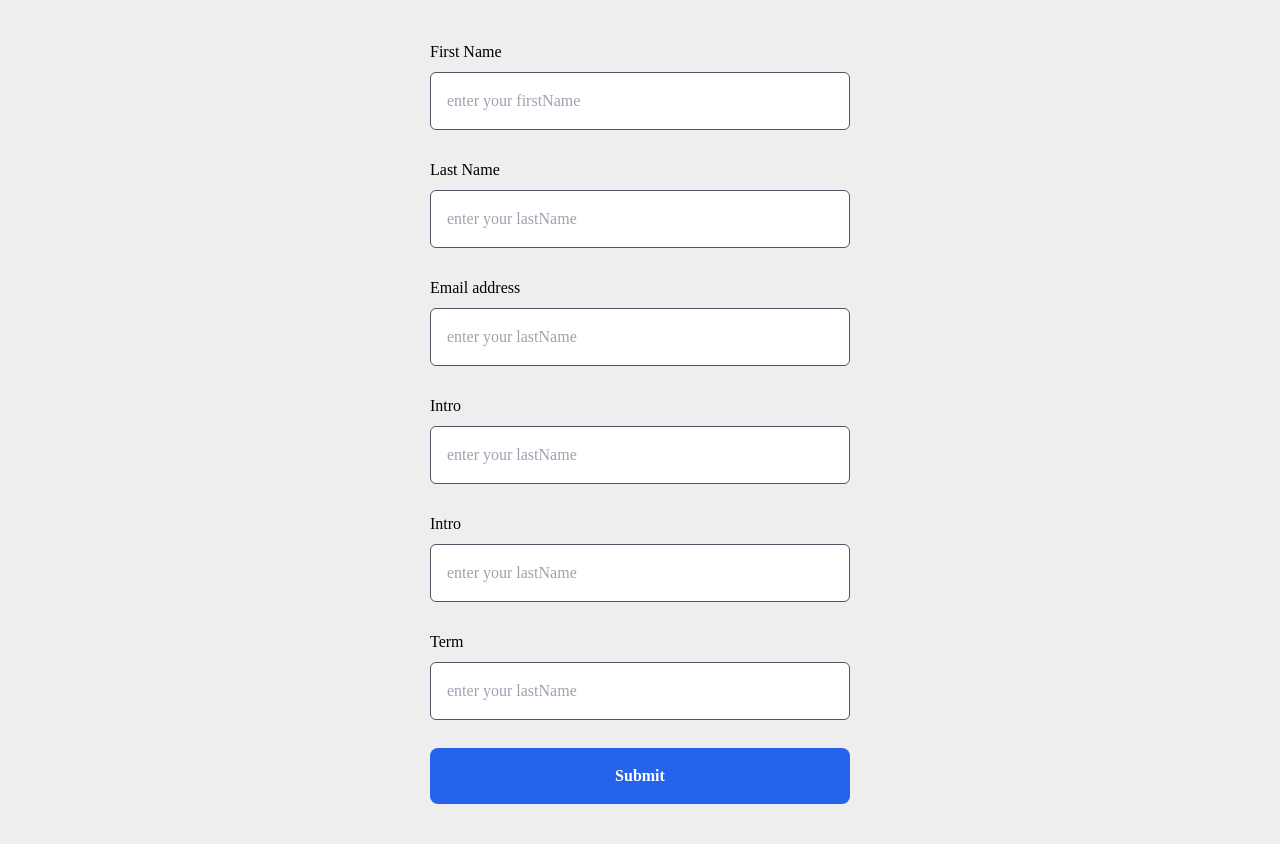
Repository: 16-Doffy/Fe-Khhoahoc
Page: /
An editor plug-in stored every save of this project. The page is shown before and after the next save, followed by the edit.
The browser window is 1280 px wide. The pictures show the whole page.
The project was rebuilt for these pictures with package versions that can differ from the ones it lists, and the page was loaded fresh each time. Also part of the build but not shown: src/App.css.

Above is the page before, as saved 2025-02-11 20:09:38.

### src/index.js
import React from 'react';
import ReactDOM from 'react-dom/client';
import './index.css';
import App from './App';
import reportWebVitals from './reportWebVitals';
import "./index.scss"
const root = ReactDOM.createRoot(document.getElementById('root'));
root.render(
  <React.StrictMode>
    <App />
  </React.StrictMode>
);

// If you want to start measuring performance in your app, pass a function
// to log results (for example: reportWebVitals(console.log))
// or send to an analytics endpoint. Learn more: https://bit.ly/CRA-vitals
reportWebVitals();

### src/App.js
import "./App.css";
import SignUpFormV2Final from "./components/Form/SignUpFormV2Final";


function App() {
  return (
    <div>
      <SignUpFormV2Final />
    </div>
  );
}

export default App;

//<CardList><Card2/>
// const theme = {
//   //wanna change color in the future come here to change
//   colors: {
//     blue: "#2979ff",
//   },
//   orange: "#ffa440",
// };
// {/* <ThemeProvider theme={theme}>
// <CardList>
// <Card2 secondary={true}></Card2>
// <Card2 secondary={false}></Card2>
// <Card2 secondary={true}></Card2>
// <Card2 secondary={false}></Card2>
// <Card2 secondary={true}></Card2>
//  </CardList>
// </ThemeProvider> */}

### src/index.scss
@tailwind base;
@tailwind components;
@tailwind utilities;

@layer base {
    @import url("https://fonts.googleapis.com/css2?family=Poppins:ital,wght@0,100;0,200;0,300;0,400;0,500;0,600;0,700;0,800;0,900;1,100;1,200;1,300;1,400;1,500;1,600;1,700;1,800;1,900&display=swap");
    body{
        font-family: "Poppins", serif;
    }
}
.skeleton {
    background-color: #eee;
    background-image: linear-gradient(110deg, #ececec, 8%,#f5f5f5, 18% , #ececec, 33%);
    border-radius: 5px;
    background-size: 200% 100%;
    animation:  1.5 shine linear infinite;
}
@keyframes shine {
    to {
        background-position-x:-200% ;
    }
}

### src/components/Form/SignUpFormV2Final.js
import React from "react";
import { Formik, Form, Field, ErrorMessage } from "formik";
import * as Yup from "yup";

const SignUpFormV2Final = () => {
  return (
    <Formik
      initialValues={{
        firstName: "",
        lastName: "",
        email: "",
        intro: "",
        job: "",
        terms: false, //check box
      }}
      validationSchema={Yup.object({
        firstName: Yup.string()
          .max(20, "Must be 20 characters or less")
          .required("Required"),
        lastName: Yup.string()
          .max(10, "Must be 10 characters or less")
          .required("Required"),
        email: Yup.string().email("example: guest@gmail.com")
          .required("Required"),
        intro: Yup.string()
          .required("Required"),
        job: Yup.string()
          .required("Required"),
        term: Yup.boolean()

      })}
      onSubmit={(values) => {
        console.log("value", values);
      }}
    >
      <Form className="p-10 w-full max-w-[500px] mx-auto">
        <div className="flex flex-col gap-2 mb-5">
          <label htmlFor="firstName">First Name</label>
          <Field
            name="firstName"
            type="text"
            placeholder="enter your firstName"
            className="p-4 rounded-md border border-gray-600"
          ></Field>
          <div className="text-sm text-red-500">
            <ErrorMessage name="firstName"></ErrorMessage>
          </div>
        </div>

        <div className="flex flex-col gap-2 mb-5">
          <label htmlFor="lastName">Last Name</label>
          <Field
            name="lastName"
            type="text"
            placeholder="enter your lastName"
            className="p-4 rounded-md border border-gray-600"
          ></Field>
          <div className="text-sm text-red-500">
            <ErrorMessage name="lastName"></ErrorMessage>
          </div>
        </div>


        <div className="flex flex-col gap-2 mb-5">
          <label htmlFor="email">Email address</label>
          <Field
            name="email"
            type="text"
            placeholder="enter your lastName"
            className="p-4 rounded-md border border-gray-600"
          ></Field>
          <div className="text-sm text-red-500">
            <ErrorMessage name="email"></ErrorMessage>
          </div>
        </div>

        <div className="flex flex-col gap-2 mb-5">
          <label htmlFor="intro">Intro</label>
          <Field
            name="intro"
            type="text"
            placeholder="enter your lastName"
            className="p-4 rounded-md border border-gray-600"
          ></Field>
          <div className="text-sm text-red-500">
            <ErrorMessage name="intro"></ErrorMessage>
          </div>
        </div>

        <div className="flex flex-col gap-2 mb-5">
          <label htmlFor="intro">Intro</label>
          <Field
            name="job"
            type="text"
            placeholder="enter your lastName"
            className="p-4 rounded-md border border-gray-600"
          ></Field>
          <div className="text-sm text-red-500">
            <ErrorMessage name="job"></ErrorMessage>
          </div>
        </div>



        <div className="flex flex-col gap-2 mb-5">
          <label htmlFor="term">Term</label>
          <Field
            name="term"
            type="text"
            placeholder="enter your lastName"
            className="p-4 rounded-md border border-gray-600"
          ></Field>
          <div className="text-sm text-red-500">
            <ErrorMessage name="term"></ErrorMessage>
          </div>
        </div>

        <div>
          <button
            type="submit"
            className="w-full p-4 bg-blue-600 text-white font-semibold rounded-lg"
          >
            Submit
          </button>
        </div>
      </Form>
    </Formik>
  );
};

export default SignUpFormV2Final;

### tailwind.config.js
/** @type {import('tailwindcss').Config} */
module.exports = {
  mode: "jit",
  content: ["./src/**/*.{html,js}"],
  theme: {
    extend: {
      backgroundImage: {
        'radiant': `linear-gradient(0.25turn, #3f87a6, #ebf8e1, #f69d3c)`,
        'footer-texture': "url('/img/footer-texture.png')", // Sửa ở đây
        'secondary-radiant': `linear-gradient(#e66465, #9198e5)`,
      },
    },
  },
  plugins: [],
}

Loaded but not shown: public/index.html (common file); src/index.css (common file); src/reportWebVitals.js (common file)

After the next save:
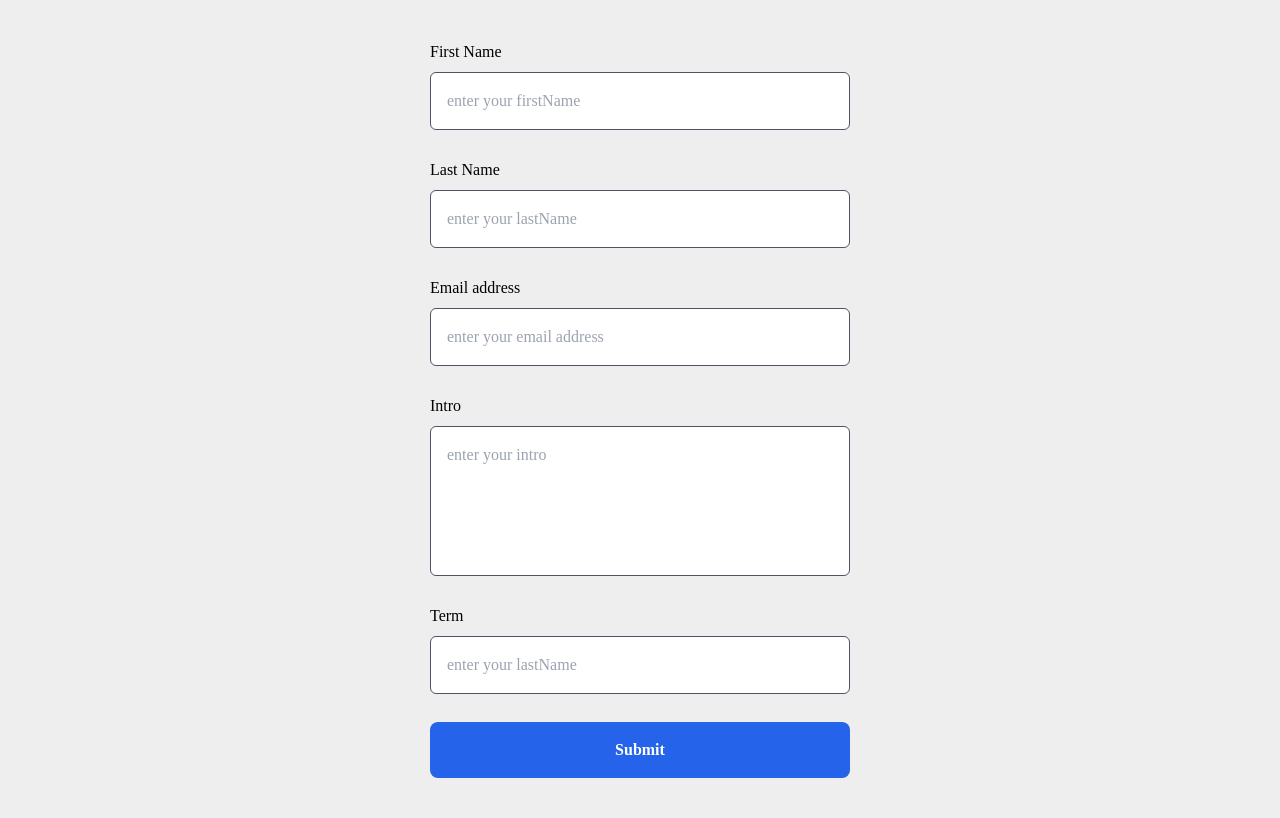
Saved 85 s later.
--- a/src/components/Form/SignUpFormV2Final.js
+++ b/src/components/Form/SignUpFormV2Final.js
@@ -66,7 +66,7 @@ const SignUpFormV2Final = () => {
           <Field
             name="email"
             type="text"
-            placeholder="enter your lastName"
+            placeholder="enter your email address"
             className="p-4 rounded-md border border-gray-600"
           ></Field>
           <div className="text-sm text-red-500">
@@ -79,26 +79,16 @@ const SignUpFormV2Final = () => {
           <Field
             name="intro"
             type="text"
-            placeholder="enter your lastName"
-            className="p-4 rounded-md border border-gray-600"
+            placeholder="enter your intro"
+            className="p-4 rounded-md border border-gray-600 h-[150px] resize-none"
+            as="textarea"
           ></Field>
           <div className="text-sm text-red-500">
             <ErrorMessage name="intro"></ErrorMessage>
           </div>
         </div>
 
-        <div className="flex flex-col gap-2 mb-5">
-          <label htmlFor="intro">Intro</label>
-          <Field
-            name="job"
-            type="text"
-            placeholder="enter your lastName"
-            className="p-4 rounded-md border border-gray-600"
-          ></Field>
-          <div className="text-sm text-red-500">
-            <ErrorMessage name="job"></ErrorMessage>
-          </div>
-        </div>
+
 
 
 
